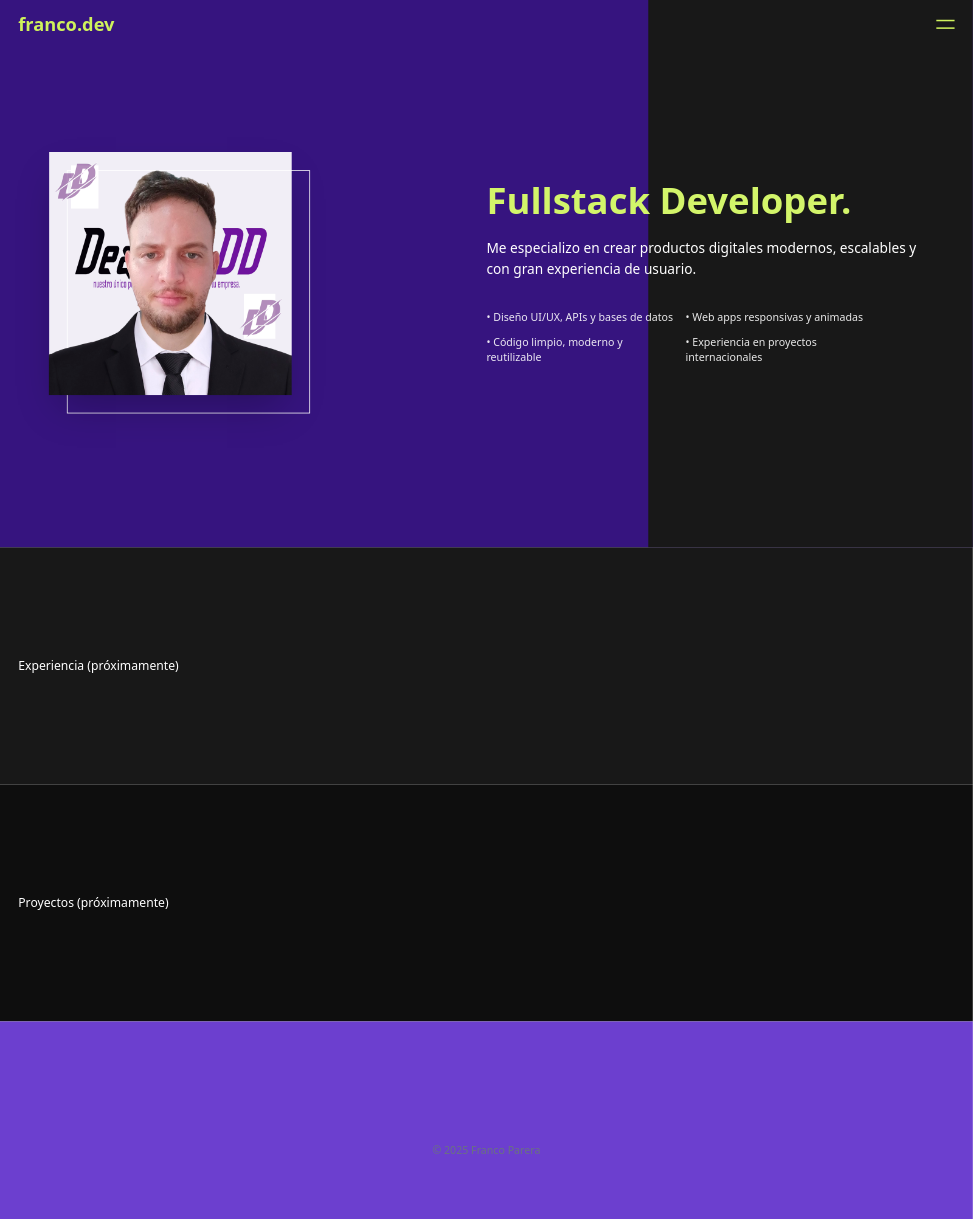
Repository: francoluca35/portfolio-franco-dev
Page: /
The author's editor kept a copy of each file at every save. The page is drawn from the files as they stood at one save, then again after the next save.
The browser window is 1280 px wide. The pictures show the whole page, at 76% of full size.
The project was rebuilt for these pictures with package versions that can differ from the ones it lists, and the page was loaded fresh each time. The framework's server and built-in components were replaced by stand-ins that run in the browser. Also part of the build but not shown: next.config.js.

Above is the page before, as saved 2025-05-06 01:34:28.

After the next save:
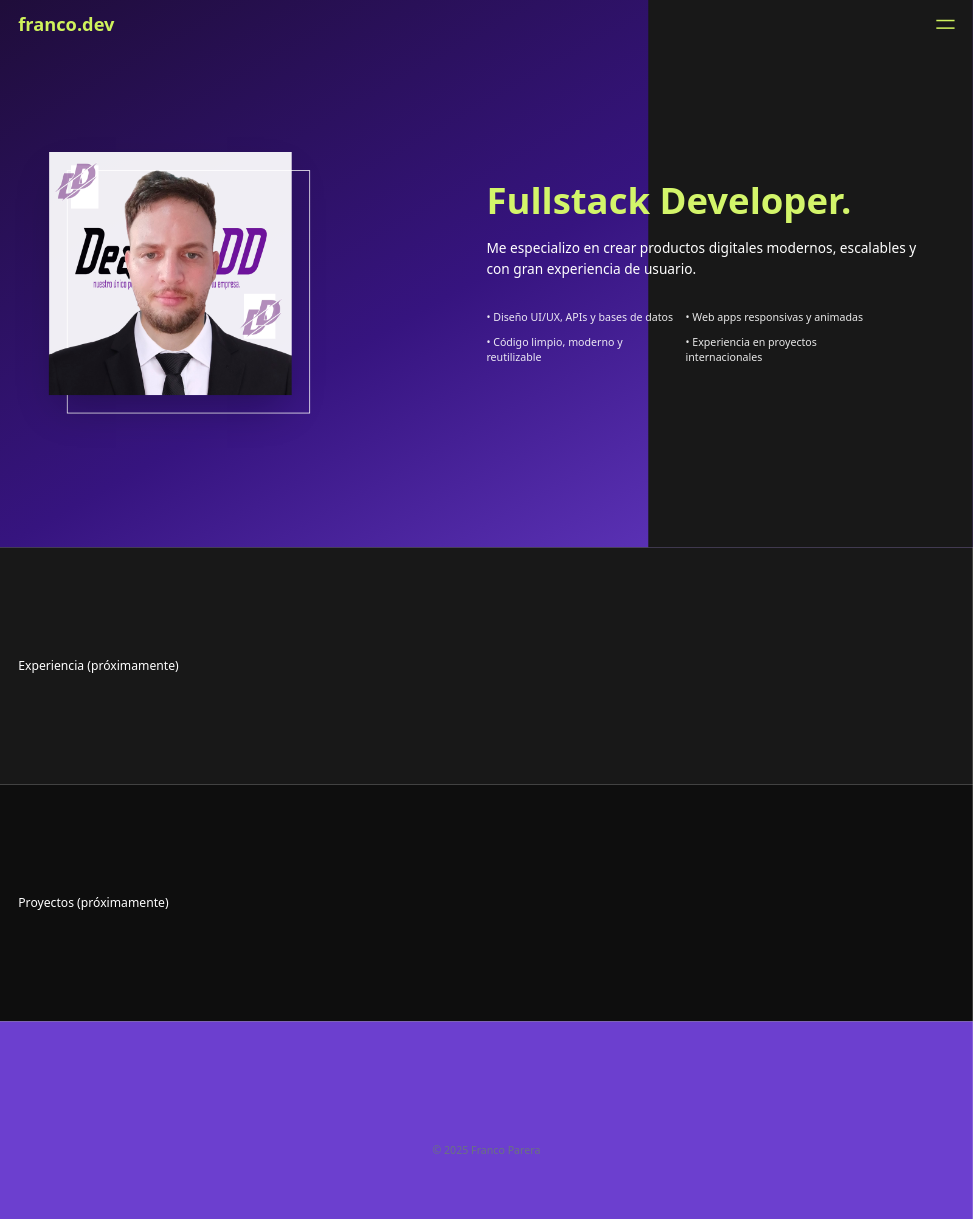
Saved 71 s later.
--- a/components/Hero.jsx
+++ b/components/Hero.jsx
@@ -4,7 +4,7 @@ import Image from "next/image";
 
 export default function Hero() {
   return (
-    <section className="-mt-20 relative w-full min-h-screen bg-[#36147f] text-white flex items-center justify-center sm:px-12 py-20">
+    <section className="-mt-20 relative w-full min-h-screen text-white flex items-center justify-center sm:px-12 py-20 bg-gradient-to-br from-[#1f0d3a] via-[#36147f] to-[#6C3FCF]">
       <div className="hidden md:block absolute top-0 right-0 w-1/3 h-full bg-[#181818] z-0" />
 
       {/* Contenido */}
